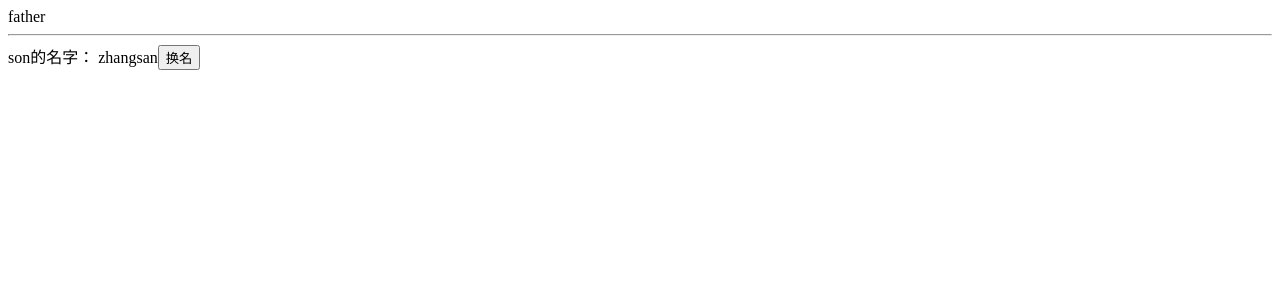
Repository: WanYouwen/react_study_code
Page: day02/03-父子组件通信/test.html
These files come from the project's save history. The page is drawn as it stood at one moment and after the next save; the edit follows.
The browser window is 1280 px wide. The pictures show the whole page.

Above is the page before, as saved 2020-08-12 14:46:43.

### day02/03-父子组件通信/test.html
<!DOCTYPE html>
<html lang="en">
  <head>
    <meta charset="UTF-8" />
    <meta name="viewport" content="width=device-width, initial-scale=1.0" />
    <title>Document</title>
  </head>
  <body>
    <div id="app"></div>
  </body>
  <script src="../../base/react.min.js"></script>
  <script src="../../base/react-dom.min.js"></script>
  <script src="../../base/browser.min.js"></script>

  <script type="text/babel">
    let Father = React.createClass({
      getInitialState() {
        return {
          name: 'zhangsan',
        };
      },
      nameChange() {
        this.setState({
          name: 'lisi~~~~~',
        });
      },
      render() {
        let { name } = this.state;
        console.log(this.nameChange, 'this');
        return (
          <div>
            father
            {this.nameChange}
            <hr />
            {/**
              <Son name={name} fn={this.nameChange('ddd')}></Son>
              */}
            <Son
              name={name}
              fn={(name) => {
                this.setState({
                  name: 'wangyibo',
                });
              }}
            />
          </div>
        );
      },
    });

    // var Son = React.createClass({
    //   render() {
    //     let { name, fn } = this.props;
    //     return (
    //       <div>
    //         <button onClick={fn}>换名</button>
    //         son的名字： {name}
    //       </div>
    //     );
    //   },
    // });
    var Son = React.createClass({
      render() {
        console.log(this.props, 'props');
        let { fn, name } = this.props;
        return (
          <div>
            son的名字： {this.props.name}
            <button onClick={fn}>换名</button>
          </div>
        );
      },
    });

    ReactDOM.render(<Father />, app);
  </script>
</html>

Loaded but not shown: base/react.min.js (library); base/react-dom.min.js (library); base/browser.min.js (library)

After the next save:
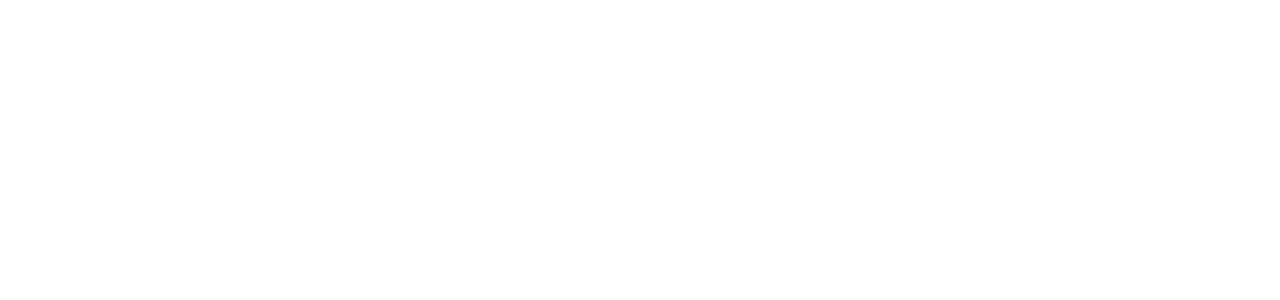
Console error: ReferenceError: nameChange is not defined
Saved 12 s later.
--- a/day02/03-父子组件通信/test.html
+++ b/day02/03-父子组件通信/test.html
@@ -30,7 +30,7 @@
         return (
           <div>
             father
-            {this.nameChange}
+            {nameChange}
             <hr />
             {/**
               <Son name={name} fn={this.nameChange('ddd')}></Son>

After the save that followed:
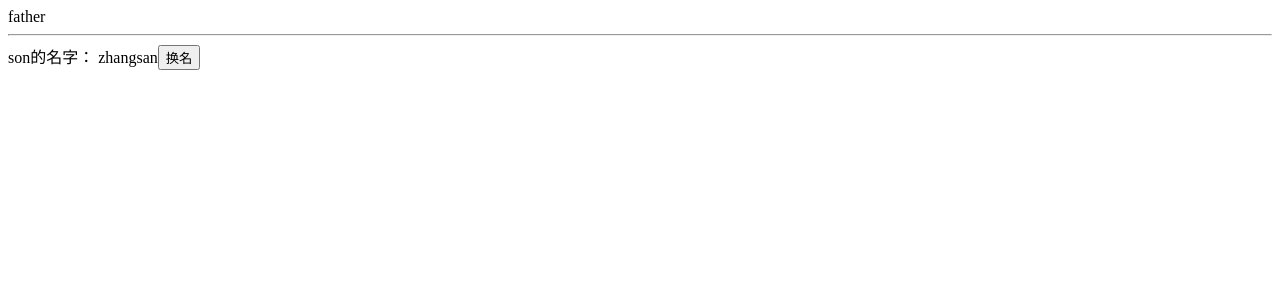
The error is gone.
Saved 19 s later.
--- a/day02/03-父子组件通信/test.html
+++ b/day02/03-父子组件通信/test.html
@@ -30,7 +30,7 @@
         return (
           <div>
             father
-            {nameChange}
+            {this.nameChange}
             <hr />
             {/**
               <Son name={name} fn={this.nameChange('ddd')}></Son>
